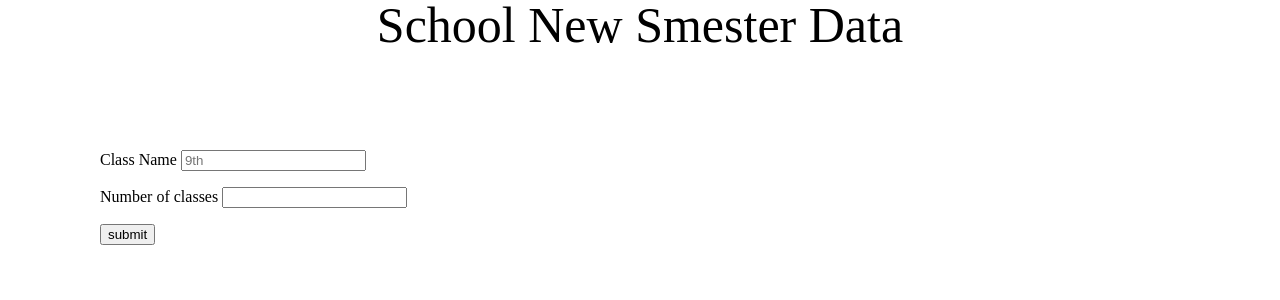
Repository: Razan-am/exam-practice
Page: index.html
An editor plug-in stored every save of this project. The page is shown before and after the next save, followed by the edit.
The browser window is 1280 px wide. The pictures show the whole page.

Above is the page before, as saved 2021-05-31 00:01:09.

After the next save:
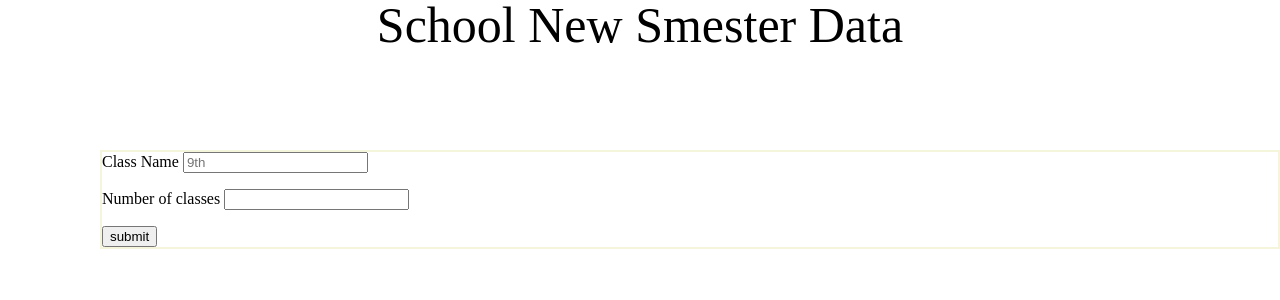
Saved 14 s later.
--- a/css/style.css
+++ b/css/style.css
@@ -7,6 +7,7 @@ h1{
 form{
     margin-left: 100px;
     margin-bottom: 100px;
+    border: 2px solid beige;
 }
 
 table {
